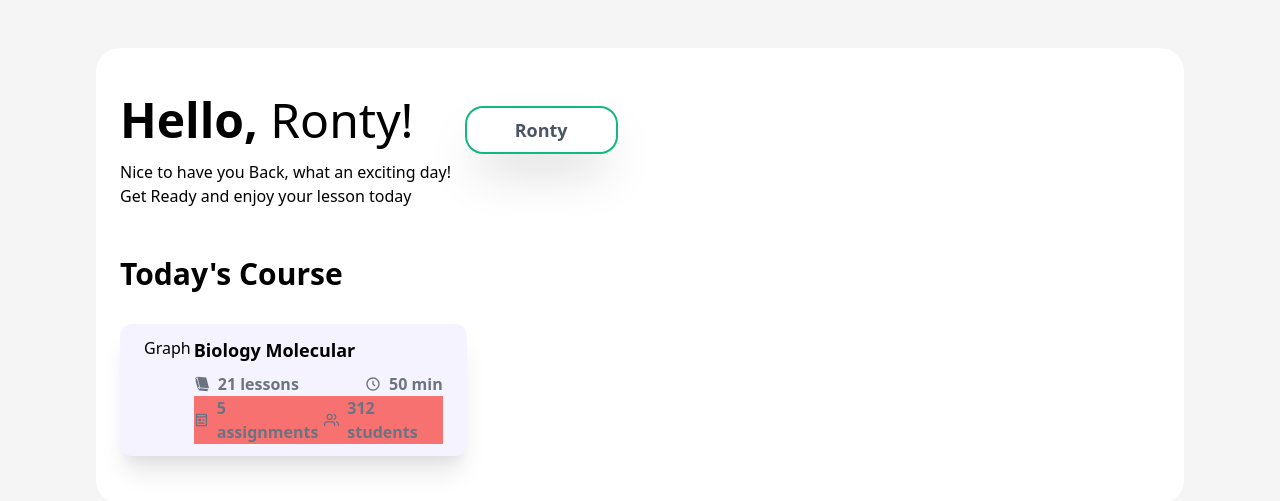
Repository: coolronts/Vite-Tailwind
Page: /
The author's editor kept a copy of each file at every save. The page is drawn from the files as they stood at one save, then again after the next save.
The browser window is 1280 px wide. The pictures show the whole page.
The project was rebuilt for these pictures with package versions that can differ from the ones it lists, and the page was loaded fresh each time. Also part of the build but not shown: vite.config.js.

Above is the page before, as saved 2021-11-26 07:43:04.

After the next save:
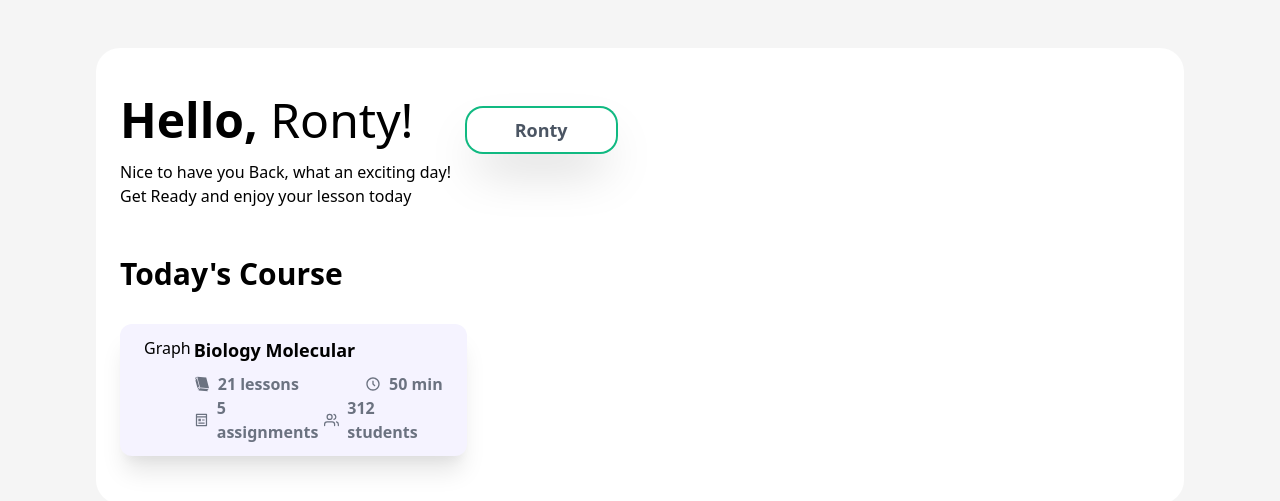
Saved 22 s later.
--- a/src/Section/Course/index.jsx
+++ b/src/Section/Course/index.jsx
@@ -18,7 +18,7 @@ export default function Course() {
             <p className="flex items-center"> <GiWhiteBook className="mr-2"/>  21 lessons</p>
             <p className="flex items-center"> <BiTimeFive className="mr-2"/>  50 min</p>
           </div>
-          <div className="flex justify-between text-gray-500 font-semibold w-full bg-red-400">
+          <div className="flex justify-between text-gray-500 font-semibold">
             <p className="flex items-center"> <RiPagesLine className="mr-2"/>  5 assignments</p>
             <p className="flex items-center"> <FiUsers className="mr-2"/>  312 students</p>
           </div>
